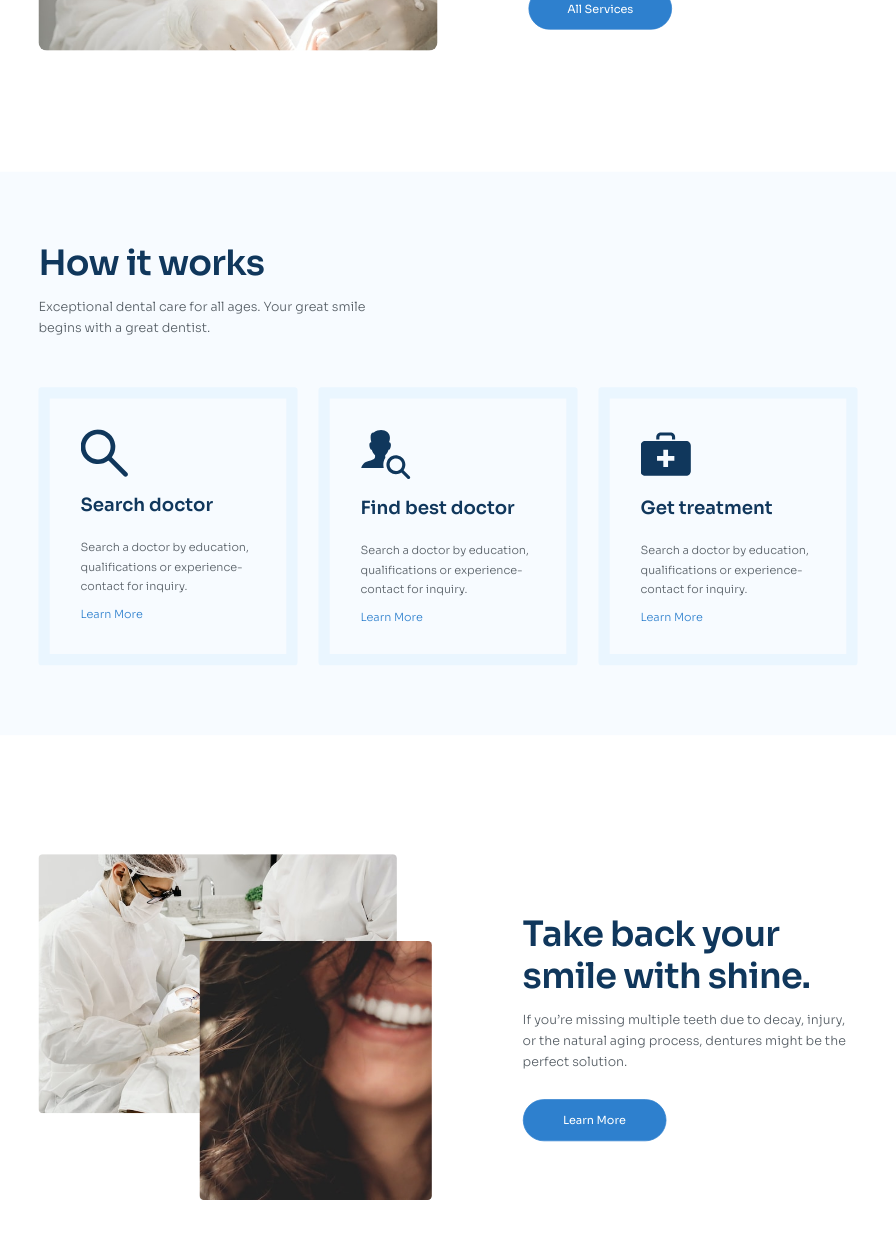
Repository: anhtien111198/f8-htmlcss-03
Page: index.html
An editor plug-in stored every save of this project. The page is shown before and after the next save, followed by the edit.
The browser window is 1280 px wide. The pictures show the part of the page from y = 1596 to 3516 px (the page is 3395 px tall before and 3516 px after), at 70% of full size.

Above is the page before, as saved 2023-05-13 15:27:16.

After the next save:
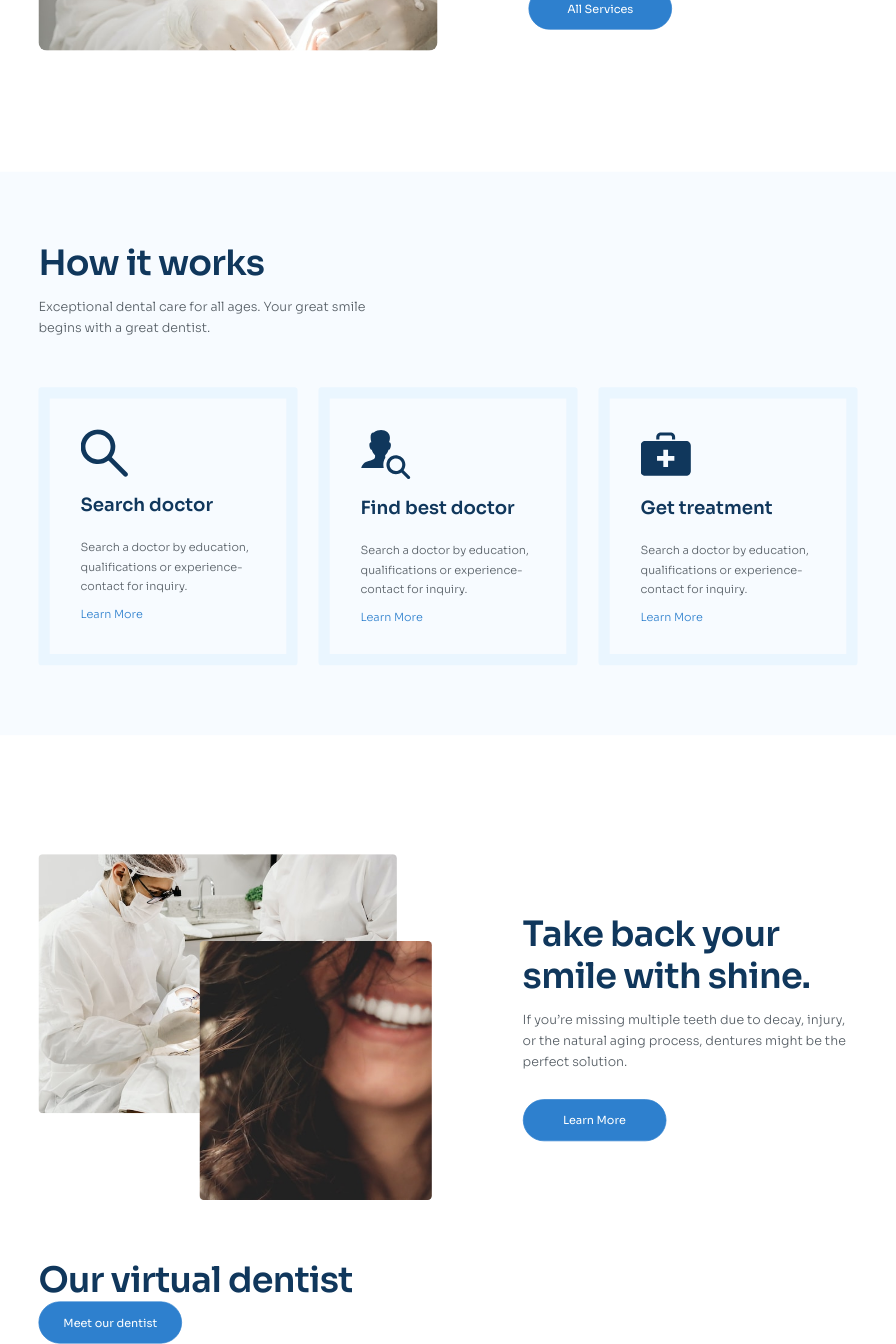
Saved 13 min 47 s later.
--- a/index.html
+++ b/index.html
@@ -369,6 +369,13 @@
                     </div>
                 </div>
             </section>
+            <!-- member -->
+            <section class="member">
+                <div class="container">
+                    <h2 class="section-heading">Our virtual dentist</h2>
+                    <a href="#!" class="btn">Meet our dentist</a>
+                </div>
+            </section>
         </main>
     </body>
 </html>
